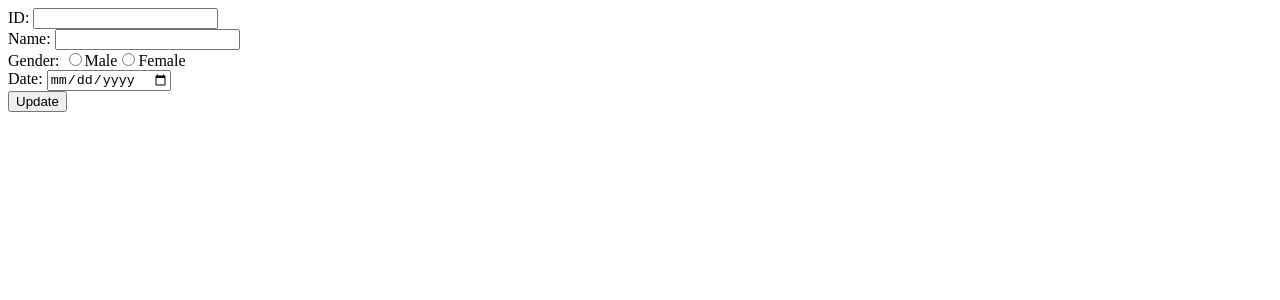
Repository: ngttuyen/JavaWeb
Page: http://localhost/Workshop3/update.jsp
An editor plug-in stored every save of this project. The page is shown before and after a run of saves, followed by the edit.
The browser window is 1280 px wide. The pictures show the whole page.
The page is served by Tomcat 9.

Above is the page before, as saved 2019-05-27 13:25:26.

After the next 2 saves:
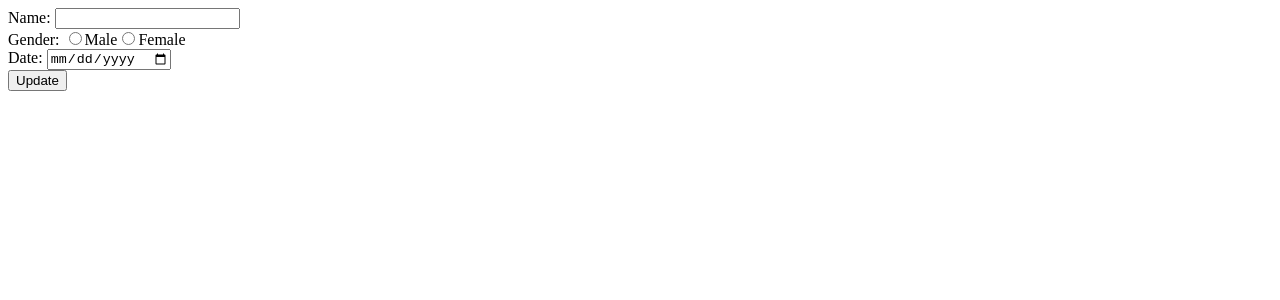
The 2 saves are shown as one change because they came seconds apart.
The last was saved 11 s later.
--- a/Workshop3/WebContent/update.jsp
+++ b/Workshop3/WebContent/update.jsp
@@ -8,11 +8,10 @@
 </head>
 <body>
 	<form action="UpdateStudentServlet" method="get">
-		<label>ID: </label><input type="text" name="id"><br> <label>Name:
-		</label><input type="text" name="name"><br> <label>Gender:</label>
-		<input type="radio" name="gender">Male<input type="radio"
-			name="gender">Female<br> <label>Date: </label><input
-			type="date" name="DOB"><br> <input type="submit"
+		<label>Name: </label><input type="text" name="name"><br>
+		<label>Gender:</label> <input type="radio" name="gender">Male<input
+			type="radio" name="gender">Female<br> <label>Date:
+		</label><input type="date" name="DOB"><br> <input type="submit"
 			value="Update">
 	</form>
 </body>
